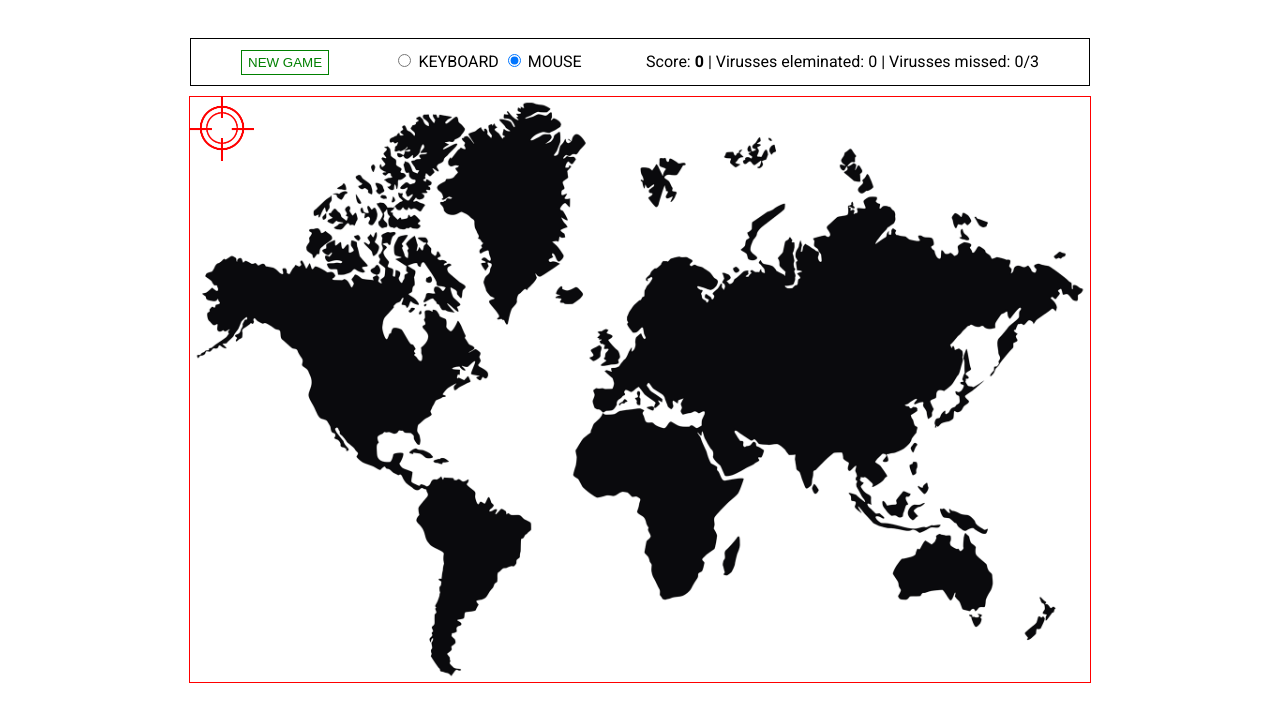
Repository: Baterka/DestroyTheVirus
Page: index.html
These files come from the project's save history. The page is drawn as it stood at one moment and after the next save; the edit follows.
The browser window is 1280 px wide. The pictures show the whole page.

Above is the page before, as saved 2020-03-20 00:57:13.
Console error: ReferenceError: x is not defined

After the next save:
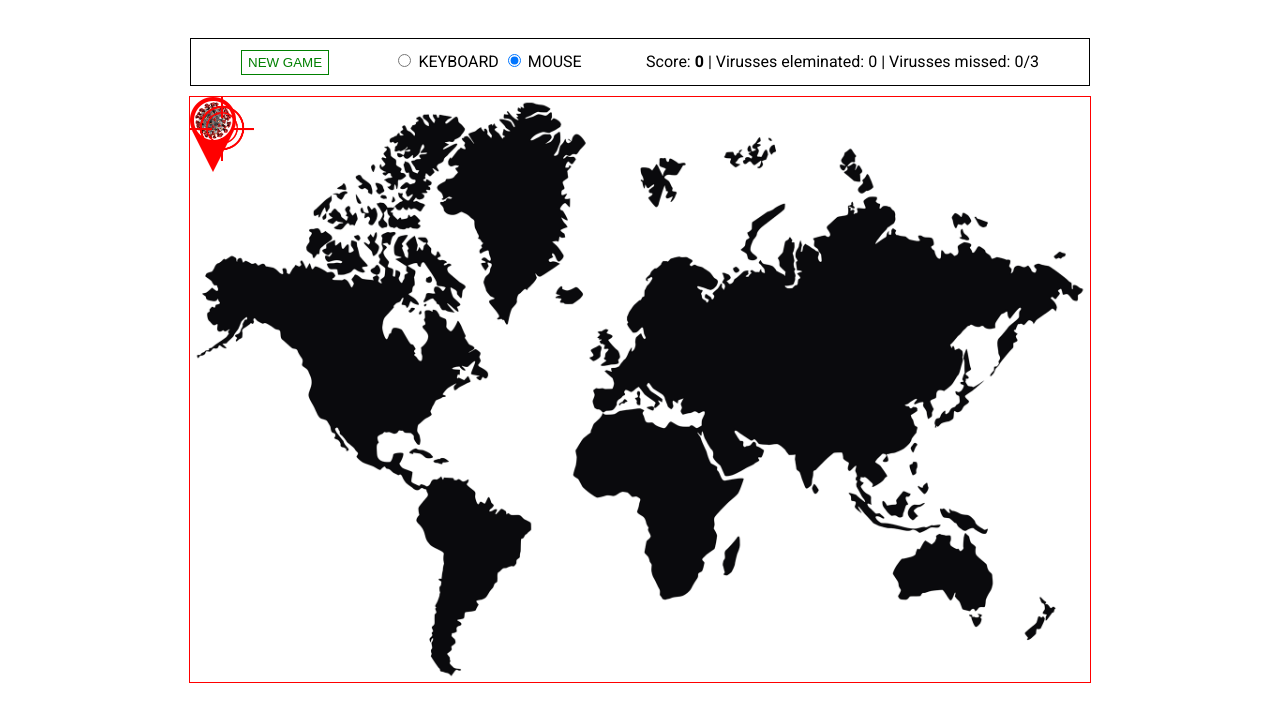
Console error: TypeError: Cannot set properties of undefined (setting 'currentTime')
Saved 12 s later.
--- a/main.js
+++ b/main.js
@@ -236,7 +236,7 @@ class Virus {
         if (this._spawningEnabled)
             this._spawner();
 
-        this.spawn(x, y);
+        this.spawn(0, 0);
     }
 
     _spawner() {
